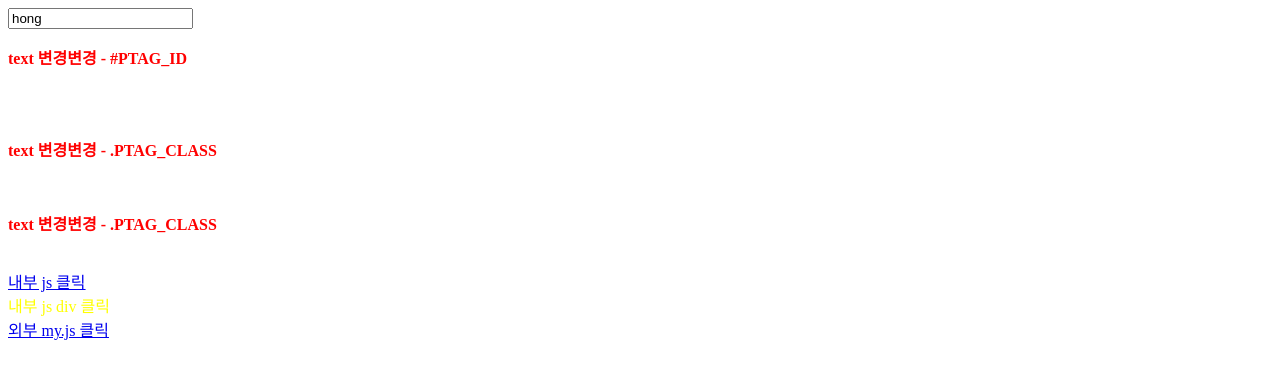
Repository: hinoky4693/workspace
Page: http://localhost/web_prj/lec_script.jsp
An editor plug-in stored every save of this project. The page is shown before and after the next save, followed by the edit.
The browser window is 1280 px wide. The pictures show the whole page.
The page is served by Tomcat 9.

Above is the page before, as saved 2024-05-24 05:41:28.

After the next save:
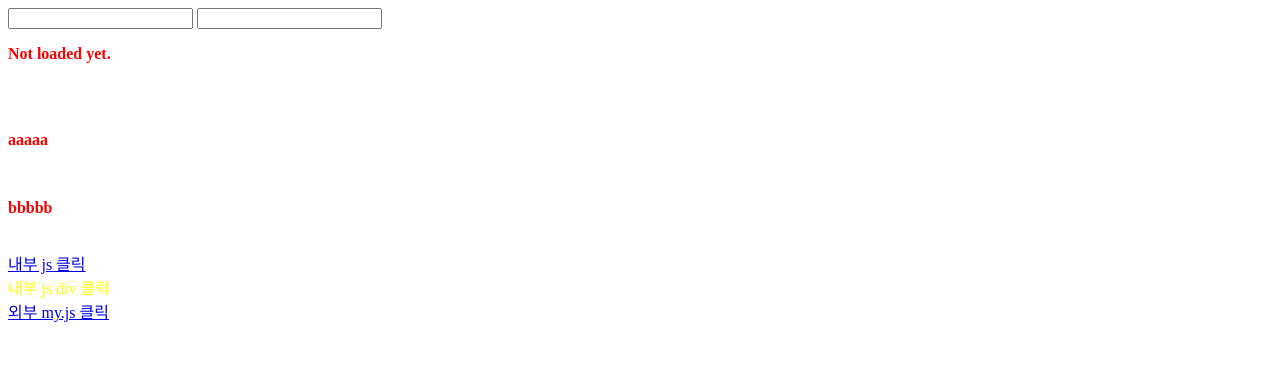
Console error: SyntaxError: Unexpected identifier '$'
Saved 3 min 36 s later.
--- a/web_prj/src/main/webapp/lec_script.jsp
+++ b/web_prj/src/main/webapp/lec_script.jsp
@@ -41,13 +41,18 @@
 			//$("p").text("text 변경변경");
 			$("#PTAG_ID").text("text 변경변경 - #PTAG_ID");
 			//$(".PTAG_CLASS").text("text 변경변경 - .PTAG_CLASS");
-			$("#PTAG_ID_11").text("text 변경변경 - .PTAG_CLASS");
-			$("#PTAG_ID_22").text("text 변경변경 - .PTAG_CLASS");
+			//$("#PTAG_ID_11").text("text 변경변경 - .PTAG_CLASS");
+			//$("#PTAG_ID_22").text("text 변경변경 - .PTAG_CLASS");
 
-			//$(".uname").val("hong"); 	// uname에 	값 넣기 value="hong"
-			$("input[name='uname']").val("hong");
+			//uname에 값 넣기 == value="hong"
+			//$("#uname").val("hong"); 				// id로 접근
+			//$(".uname").val("hong"); 		 		// class로 접근
+			//$("input[name='uname']").val("hong"); 	// name으로 접근
+			$("#uname").val("hong");
 			var msg = $("#seq").val();	// seq		값 가져오기
 			alert(msg);
+
+			if $("#uname").val() != null
 		});
 	</script>
 
@@ -57,8 +62,9 @@
 
 <body>
  	<form name="logingForm">
- 		<input type="hidden" 	name="seq" 	 id="seq" value="12345">
-  		<input type="text" 		name="uname" id="uname" class="uname">
+ 		<input type="hidden" 	name="seq" 	 	id="seq" 	class="seq"	value="12345">
+  		<input type="text" 		name="uname" 	id="uname" 	class="uname">
+  		<input type="password" 	name="passwd"	id="passwd" class="passwd">
  	</form>
 
 	<p id="PTAG_ID">Not loaded yet.</p> <br><br> <!-- id : 고유해야 한다. -->

After the save that followed:
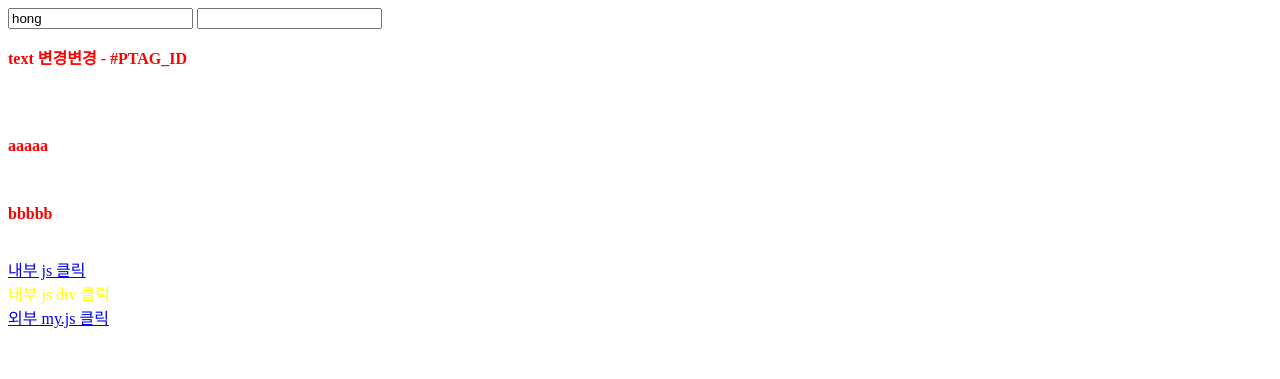
The error is gone.
Saved 2 min 3 s later.
--- a/web_prj/src/main/webapp/lec_script.jsp
+++ b/web_prj/src/main/webapp/lec_script.jsp
@@ -52,7 +52,13 @@
 			var msg = $("#seq").val();	// seq		값 가져오기
 			alert(msg);
 
-			if $("#uname").val() != null
+			if ($("#uname").val() == null) {
+				alert("아이디 입력하세요");
+				$("#uname").focus();
+			} else if ($("#passwd").val() == null){
+				alert("비밀번호 입력하세요");
+				$("#passwd").focus();
+			}
 		});
 	</script>
 
